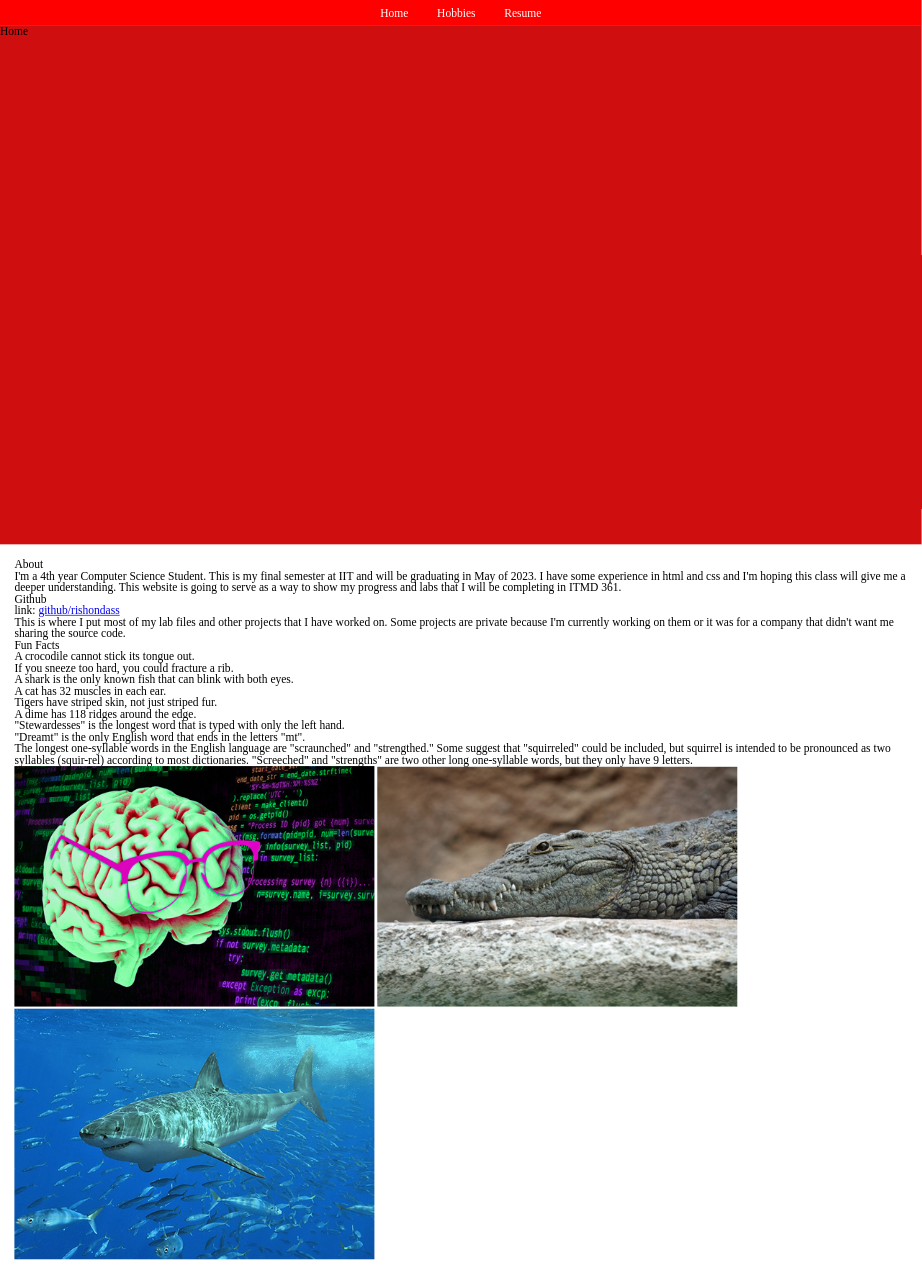
Repository: rishondass/ITMD361-Project2
Page: index.html
An editor plug-in stored every save of this project. The page is shown before and after the next save, followed by the edit.
The browser window is 1280 px wide. The pictures show the whole page, at 72% of full size.

Above is the page before, as saved 2023-03-07 21:45:56.

After the next save:
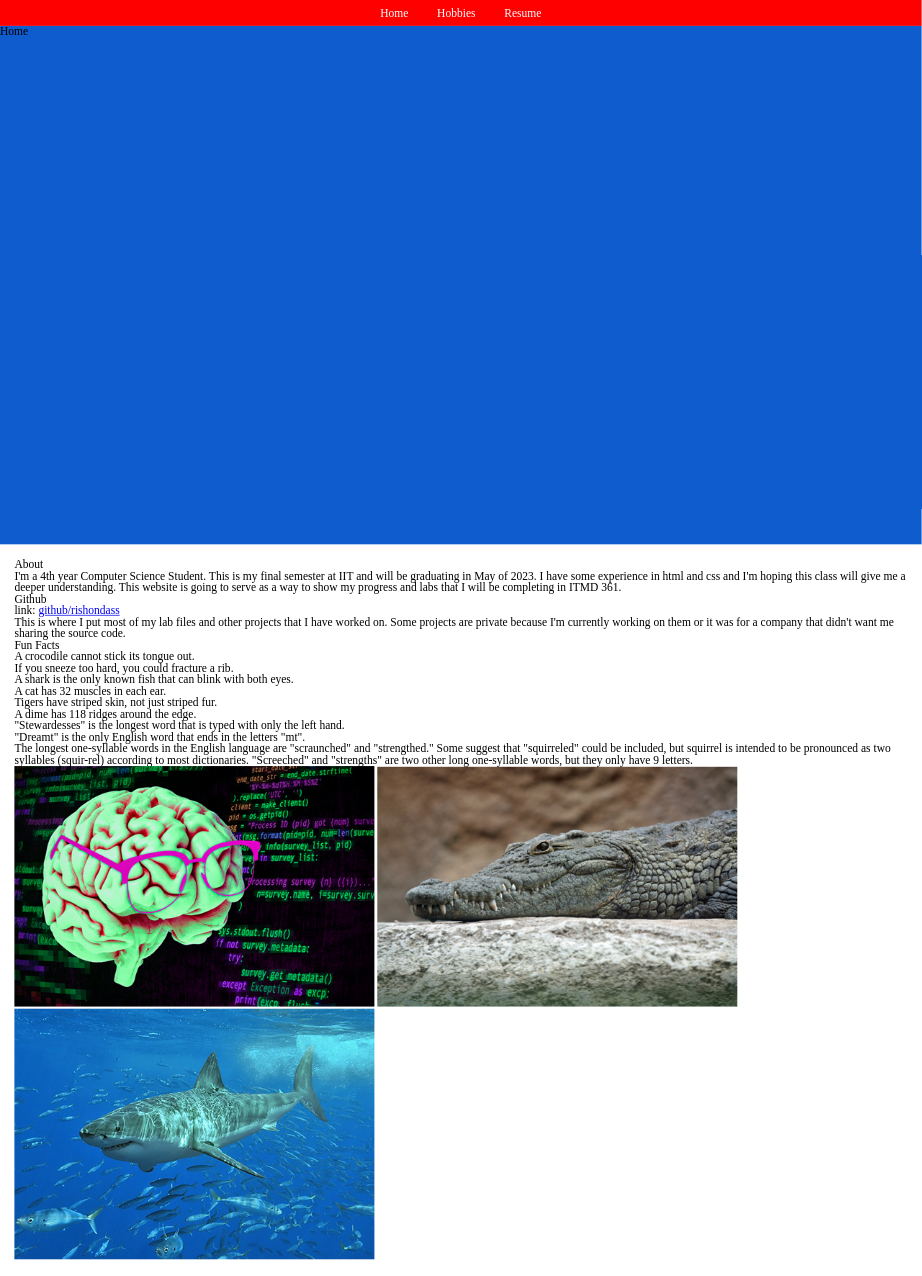
Saved 4 s later.
--- a/css/style.css
+++ b/css/style.css
@@ -31,5 +31,5 @@
 #hero-section{
     width: 100%;
     height: 100vh;
-    background-color:rgb(207, 15, 15);
+    background-color:rgb(15, 92, 207);
 }
